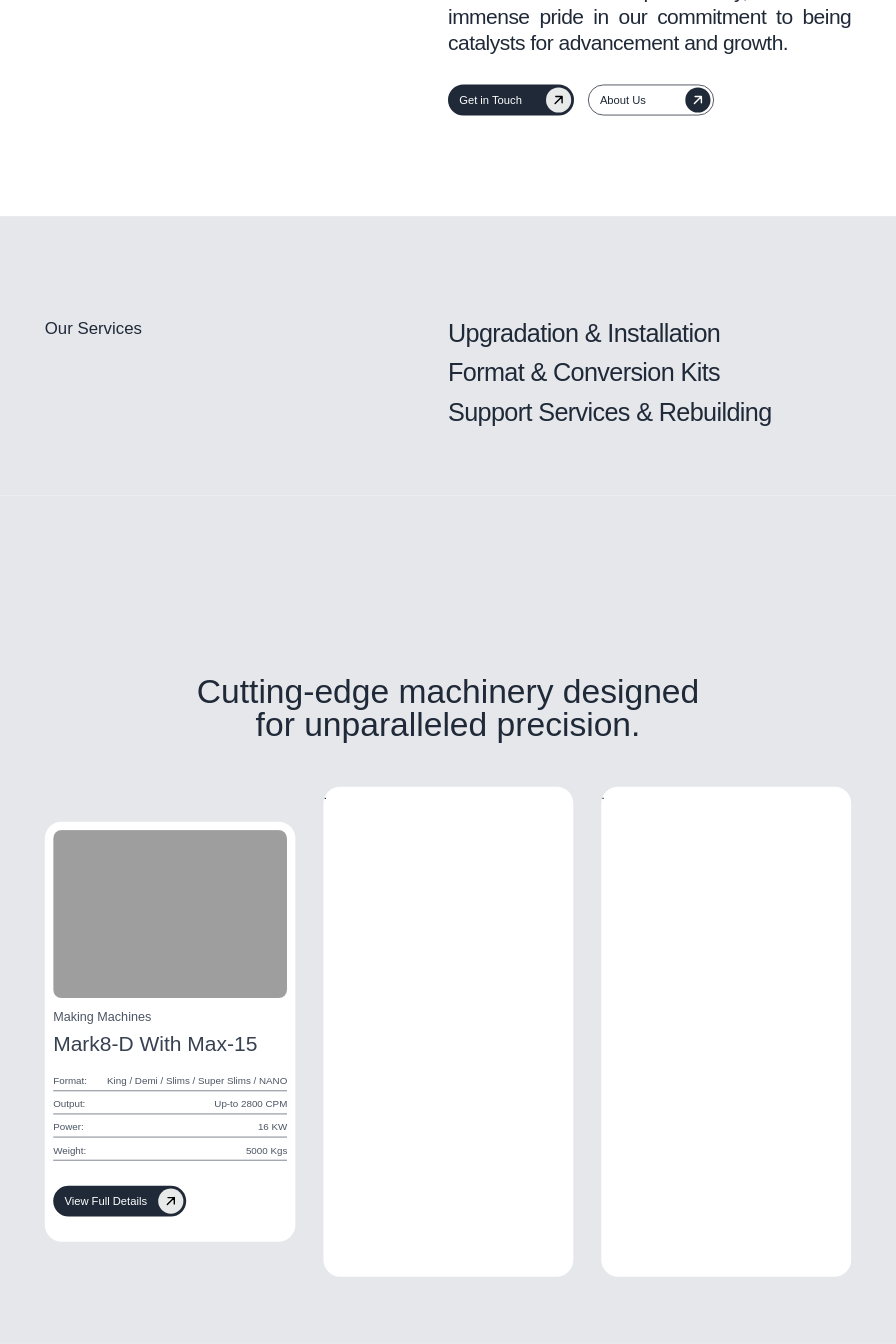
Repository: vespersolutionspk18/microtexwebsite
Page: /
These files come from the project's save history. The page is drawn as it stood at one moment and after the next save; the edit follows.
The browser window is 1280 px wide. The pictures show the part of the page from y = 1207 to 3127 px (the page is 3127 px tall), at 70% of full size.
Pictures or frames that could not be fetched are drawn as grey boxes. Some web fonts or font styles are not loaded; a fallback is used. The project was rebuilt for these pictures with package versions that can differ from the ones it lists, and the page was loaded fresh each time. The framework's server and built-in components were replaced by stand-ins that run in the browser. Also part of the build but not shown: next.config.mjs.

Above is the page before, as saved 2024-11-18 21:59:53.

After the next save:
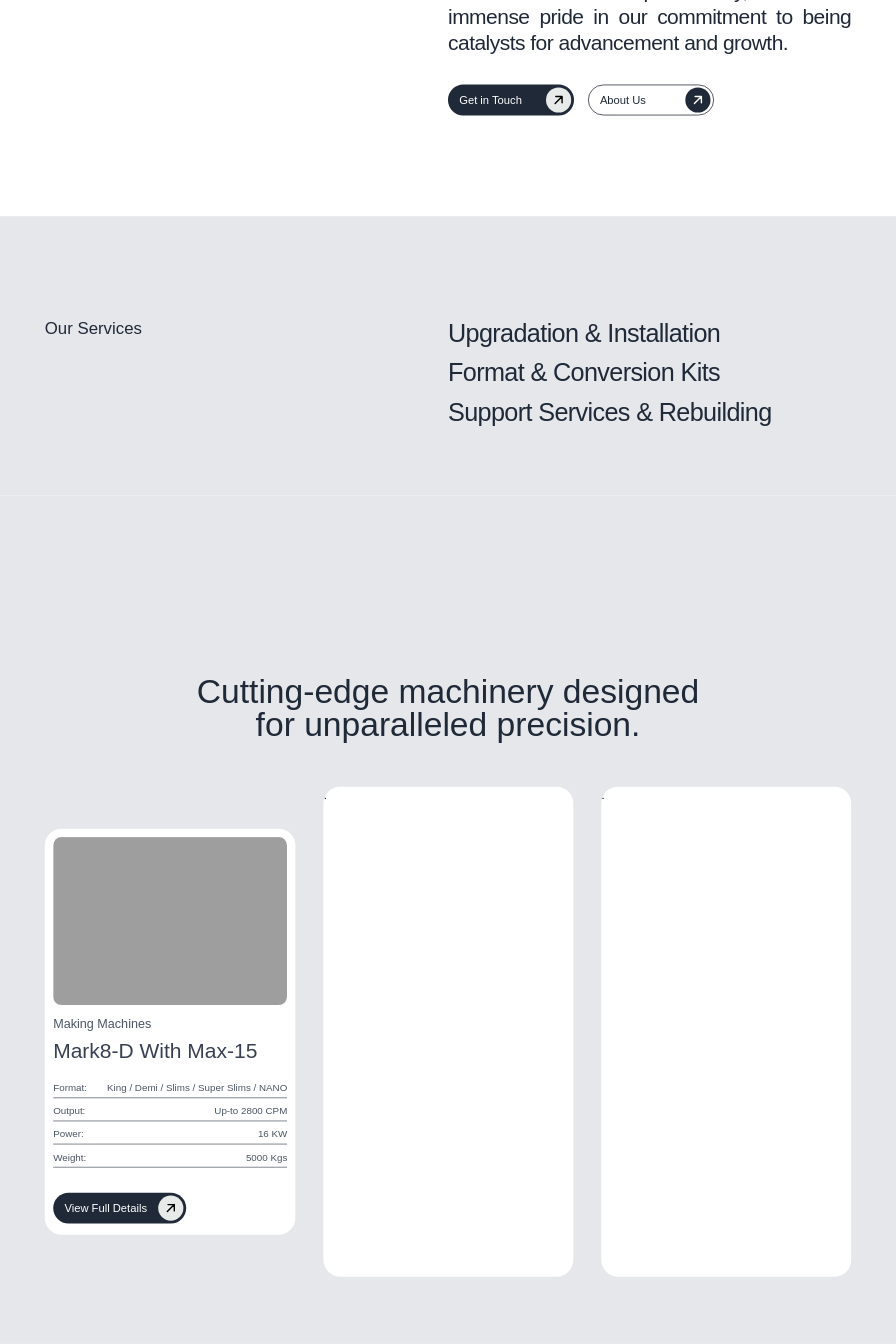
Saved 13 s later.
--- a/app/OurMachines.tsx
+++ b/app/OurMachines.tsx
@@ -7,7 +7,7 @@ const OurMachines = () => {
     <div className="flex flex-col bg-gray-200 md:pt-64 pr-16 pl-16 pb-24 items-center justify-evenly">
     <h3 className="font-light text-center text-gray-800 font-sans text-5xl">Cutting-edge machinery designed <br></br>for unparalleled precision.</h3>
     <div className="flex flex-row mt-16 gap-10 items-center justify-evenly w-full">
-    <div className="h-[600px] w-1/3 bg-white rounded-3xl flex flex-col p-3">
+    <div className="h-[580px] w-1/3 bg-white rounded-3xl flex flex-col p-3">
     <div className="rounded-[12px] h-[240px] bg-cover bg-center" style={{backgroundImage: `url('/assets/hero.jpg')`}}>
 
     </div>
